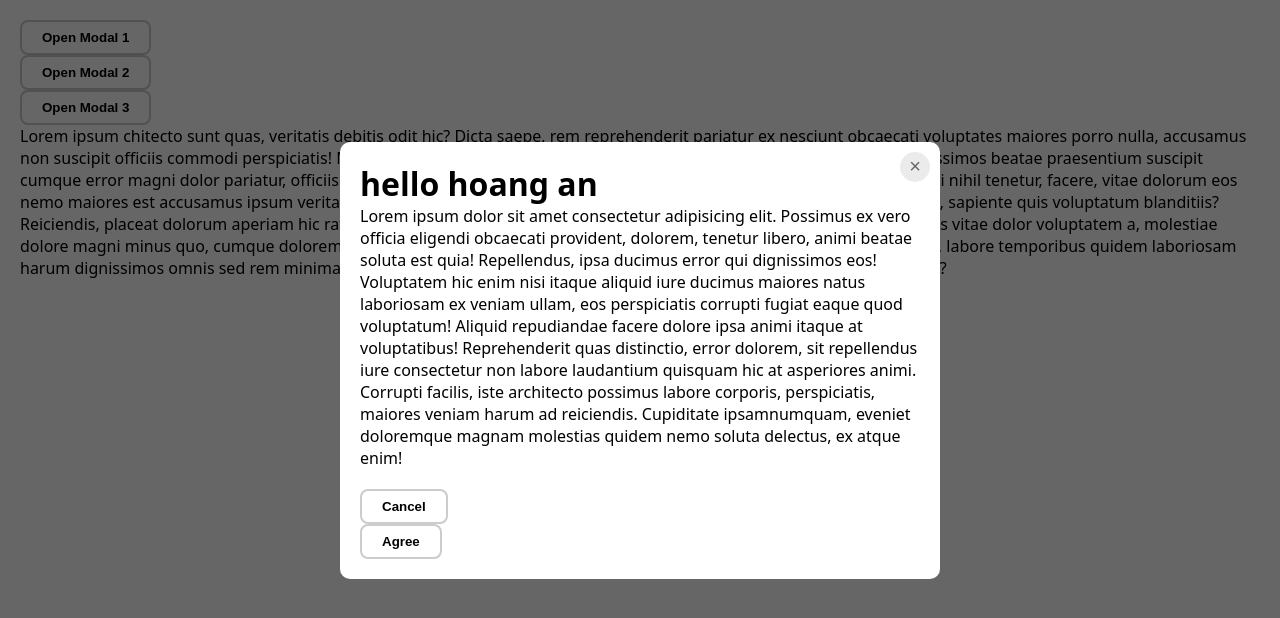
Repository: hoangan3526/Javascript-project
Page: index.html
These files come from the project's save history. The page is drawn as it stood at one moment and after the next save; the edit follows.
The browser window is 1280 px wide. The pictures show the whole page.

Above is the page before, as saved 2026-05-04 13:37:08.

### index.html
<!DOCTYPE html>
<html lang="en">
    <head>
        <meta charset="UTF-8" />
        <meta name="viewport" content="width=device-width, initial-scale=1.0" />
        <title>Modal</title>
        <link rel="stylesheet" href="style.css" />
    </head>
    <body>
        <main>
            <button id="open-modal-1" class="btn">Open Modal 1</button>
            <button id ="open-modal-2" class="btn">Open Modal 2</button>

            <button id="open-modal-3" class="btn">Open Modal 3</button>

            <p>Lorem ipsum chitecto sunt quas, veritatis debitis odit hic? Dicta saepe, rem reprehenderit pariatur ex nesciunt obcaecati voluptates maiores porro nulla, accusamus non suscipit officiis commodi perspiciatis!
            Minima velit voluptatibus perferendis tempora dolorem. Odio dolore enim dignissimos beatae praesentium suscipit cumque error magni dolor pariatur, officiis eius. Distinctio veritatis asperiores laudantium ut possimus, odit magni at a.
            Nisi nihil tenetur, facere, vitae dolorum eos nemo maiores est accusamus ipsum veritatis, ut veniam beatae. Veniam ab id suscipit ipsam? Qui impedit in nulla dolorem, sapiente quis voluptatum blanditiis?
            Reiciendis, placeat dolorum aperiam hic ratione vero tenetur quasi vitae fugit a quae aut blanditiis ex totam? Voluptate alias vitae dolor voluptatem a, molestiae dolore magni minus quo, cumque dolorem.
            Id unde minus sit laboriosam dolore beatae dolorum. Quo quibusdam adipisci, labore temporibus quidem laboriosam harum dignissimos omnis sed rem minima accusantium, perferendis reiciendis! Officia explicabo amet velit alias quisquam?</p>
        </main>
        <template id ="modal-1">
            <h1>hello hoang an</h1>
            <p>Lorem ipsum dolor sit amet consectetur adipisicing elit. Possimus ex vero officia eligendi obcaecati provident, dolorem, tenetur libero, animi beatae soluta est quia! Repellendus, ipsa ducimus error qui dignissimos eos!
            Voluptatem hic enim nisi itaque aliquid iure ducimus maiores natus laboriosam ex veniam ullam, eos perspiciatis corrupti fugiat eaque quod voluptatum! Aliquid repudiandae facere dolore ipsa animi itaque at voluptatibus!
            Reprehenderit quas distinctio, error dolorem, sit repellendus iure consectetur non labore laudantium quisquam hic at asperiores animi. Corrupti facilis, iste architecto possimus labore corporis, perspiciatis, maiores veniam harum ad reiciendis.
            Cupiditate ipsamnumquam, eveniet doloremque magnam molestias quidem nemo soluta delectus, ex atque enim!</p>
        </template>
        <template id="modal-2">
            <h1>Login</h1>
            <form action="" id="login-form">
                <input
                    type="email"
                    placeholder="Enter your email..."
                    id="email"
                />
                <br />
                <input
                    type="password"
                    placeholder="Enter your password..."
                    id="password"
                />
                <br />
                <button type="submit">Login</button>
            </form>
        </template>
        <template id = "modal-3">
            <h1>hello hoang an</h1>
            <p>Lorem ipsum dolor sit amet consectetur adipisicing elit. Possimus ex vero officia eligendi obcaecati provident, dolorem, tenetur libero, animi beatae soluta est quia! Repellendus, ipsa ducimus error qui dignissimos eos!
            Voluptatem hic enim nisi itaque aliquid iure ducimus maiores natus laboriosam ex veniam ullam, eos perspiciatis corrupti fugiat eaque quod voluptatum! Aliquid repudiandae facere dolore ipsa animi itaque at voluptatibus!
            Reprehenderit quas distinctio, error dolorem, sit repellendus iure consectetur non labore laudantium quisquam hic at asperiores animi. Corrupti facilis, iste architecto possimus labore corporis, perspiciatis, maiores veniam harum ad reiciendis.
            Cupiditate ipsamnumquam, eveniet doloremque magnam molestias quidem nemo soluta delectus, ex atque enim!</p>

        </template>
        <!-- Modal -->

        <script src="main.js"></script>
    </body>
</html>

### style.css
* {
    margin: 0;
    padding: 0;
    box-sizing: border-box;
}

html {
    font-size: 62.5%;
}

body {
    font-size: 1.6rem;
    font-family: system-ui, -apple-system, BlinkMacSystemFont, "Segoe UI",
        Roboto, Oxygen, Ubuntu, Cantarell, "Open Sans", "Helvetica Neue",
        sans-serif;
}
main {
    margin: 20px;
}

.btn {
    border: 2px solid #ccc;
    border-radius: 8px;
    padding: 8px 20px;
    font-weight: 600;
}
button {
    border: none;
    outline: none;
    background: transparent;
    cursor: pointer;
}

.modal-backdrop {
    position: fixed;
    inset: 0;
    display: flex;
    align-items: center;
    justify-content: center;
    background: rgba(0, 0, 0, 0.6);
    opacity: 0;
    visibility: hidden;
    transition: opacity, visibility;
    transition-duration: 0.3s;
}

.modal-backdrop.show {
    opacity: 1;
    visibility: visible;
}

.modal-backdrop.show .modal-container {
    transform: scale(1);
}

.modal-container {
    position: relative;
    width: min(600px, 90%);
    padding: 20px 20px 0;
    border-radius: 10px;
    background: #fff;
    transform: scale(0);
    transition: transform 0.3s;
}

.modal-close {
    position: absolute;
    top: 10px;
    right: 10px;
    width: 30px;
    height: 30px;
    border-radius: 50%;
    color: #666;
    background: #ebebeb;
    font-size: 2rem;
}

.modal-close:hover {
    color: #333;
}

.modal-content {
    max-height: 80vh;
    overflow-y: auto;
}
.modal-footer {

    padding: 20px 0;
}
.no-scroll{
    overflow: hidden;
}
.btn {
    display: flex;
    justify-content: flex-end;
}

### main.js
const $ = document.querySelector.bind(document);
const $$ = document.querySelectorAll.bind(document);

function Modal(options = {}) {
    const { templateId, classCSS= [], destroyOnClose = true, closeMethods =["button" , "overlay", "escape"] , onOpen , onClose  , footer = false} = options;


        const template = $(`#${templateId}`);

        if (!template) {
            console.error(`#${templateId} does not exist!`);
            return;
        }
        this._allowEscapeClose = closeMethods.includes("escape");
        this._allowBackdropClose = closeMethods.includes("overlay");
        this._allowButtonClose = closeMethods.includes("button");

        this._footerbuttons =[];

        this.addfooterButton = (title , cssClasses , callback) =>{
            const button = document.createElement('button');
            button.className = cssClasses ;
            button.innerHTML = title ;
            button.onclick = callback ;

            this._footerbuttons.push(button);


        };
    function getScrollbarWidth() {
        if (getScrollbarWidth.value) return getScrollbarWidth.value;

        const div = document.createElement("div");
        Object.assign(div.style, {
            overflow: "scroll",
            position: "absolute",
            top: "-9999px",
        });

        document.body.appendChild(div);
        const scrollbarWidth = div.offsetWidth - div.clientWidth;
        document.body.removeChild(div);

        getScrollbarWidth.value = scrollbarWidth;

        return scrollbarWidth;
    }
    this.build = () => {
        const content = template.content.cloneNode(true);

        // Create modal elements
        this._backdrop = document.createElement("div");
        this._backdrop.className = "modal-backdrop";

        const container = document.createElement("div");
        container.className = "modal-container";
        classCSS.forEach( classItem => {
            if ( typeof classItem === "string"){
                container.classList.add(classItem);
            }
        });
        if(typeof classCSS === 'string'){

        }
        if (this._allowButtonClose){
            const closeBtn = document.createElement("button");
            closeBtn.className = "modal-close";
            closeBtn.innerHTML = "&times;";
            container.appendChild(closeBtn);
            closeBtn.onclick = () => this.close();
        }

        const modalContent = document.createElement("div");
        modalContent.className = "modal-content";

        // Append content and elements
        modalContent.append(content);
        container.append(modalContent);
        if ( footer){
           this._modalfooter = document.createElement("div");
            this._modalfooter.className = "modal-footer";
            if(this._footerContent){
                this._modalfooter.innerHTML = this._footerContent;
            }

            this._footerbuttons.forEach(button => {
                this._modalfooter.append(button);
            });
            container.append(this._modalfooter);
        }
        this._backdrop.append(container);
        document.body.append(this._backdrop);

    }
    this.open= () => {
       if (!this._backdrop){
        this.build();
       }

        setTimeout(() => {
            this._backdrop.classList.add("show");
        }, 0);

        // Disable scrolling
        document.body.classList.add("no-scroll");
        document.body.style.paddingRight = getScrollbarWidth() + "px";

        // Attach event listeners


        if (this._allowBackdropClose) {
            this._backdrop.onclick = (e) => {
                if (e.target === this._backdrop) {
                    this.close();
                }
            };
        }
        if(this._allowEscapeClose){
            document.addEventListener("keydown", (e) => {
                if (e.key === "Escape") {
                    this.close();
                }
            });
        }

            this._onTransitonEnd(() => {

                if ( typeof onOpen === "function") onOpen();
            })


        return this._backdrop;
    };
    this.setFooterContent = html => {
        this._footerContent = html;
        if(this._modalfooter){
            this._footerContent.innerHTML = html;
        }
    }
    this._onTransitonEnd = (callback) => {
        this._backdrop.ontransitionend = (e) => {
            if( e.propertyName !== "transform" ) return ;
        if ( typeof callback === "function") callback();
    }

    this.close = (destroy= destroyOnClose) => {
        this._backdrop.classList.remove("show");


        this._onTransitonEnd ( () => {
                if (this._backdrop && destroy){
                    this._backdrop.remove();
                    this._backdrop = null;
                    this._modalfooter = null;
                }

                // Enable scrolling
                document.body.classList.remove("no-scroll");
                document.body.style.paddingRight = "";

            if (typeof onClose === "function") onClose();
        });


    };
    this.destroy  = () => {
        this.close(true);
    }
}
}

const modal1 = new Modal(
    {
        templateId: "modal-1",

        destroyOnClose : false,
        onOpen : () => {
            console.log("Open Modal");

        },
        onClose :() => {
            console.log("Close Modal");

        }
    }
);

$("#open-modal-1").onclick = () => {
    const modalElement = modal1.open();
};

const modal2 = new Modal({
    templateId : "modal-2",
    classCSS : ["class1","class2"],
})
$("#open-modal-2").onclick = () => {
    const modalElement = modal2.open();
    const form = modalElement.querySelector("#login-form");
    if (form) {
        form.onsubmit = (e) => {
            e.preventDefault();
            const formData = {
                email: $("#email").value.trim(),
                password: $("#password").value.trim(),
            };

            console.log(formData);
        };
    }
}
const modal3 = new Modal({
    templateId: "modal-3",
    footer: true // Nhớ bật cái này lên
});

// Thêm nút Hủy
modal3.addfooterButton('Cancel', 'btn', (e) => {
    console.log("Bạn vừa bấm nút Hủy bỏ!");
    modal3.close(); // Thường nút Cancel sẽ gọi lệnh đóng Modal
});

// Thêm nút Đồng ý
modal3.addfooterButton('Agree', 'btn primary', (e) => {
    console.log("Bạn vừa bấm Đồng Ý!");
    // Có thể thực hiện gửi API, lưu dữ liệu ở đây
});

// Cuối cùng mới mở Modal
modal3.open();

After the next save:
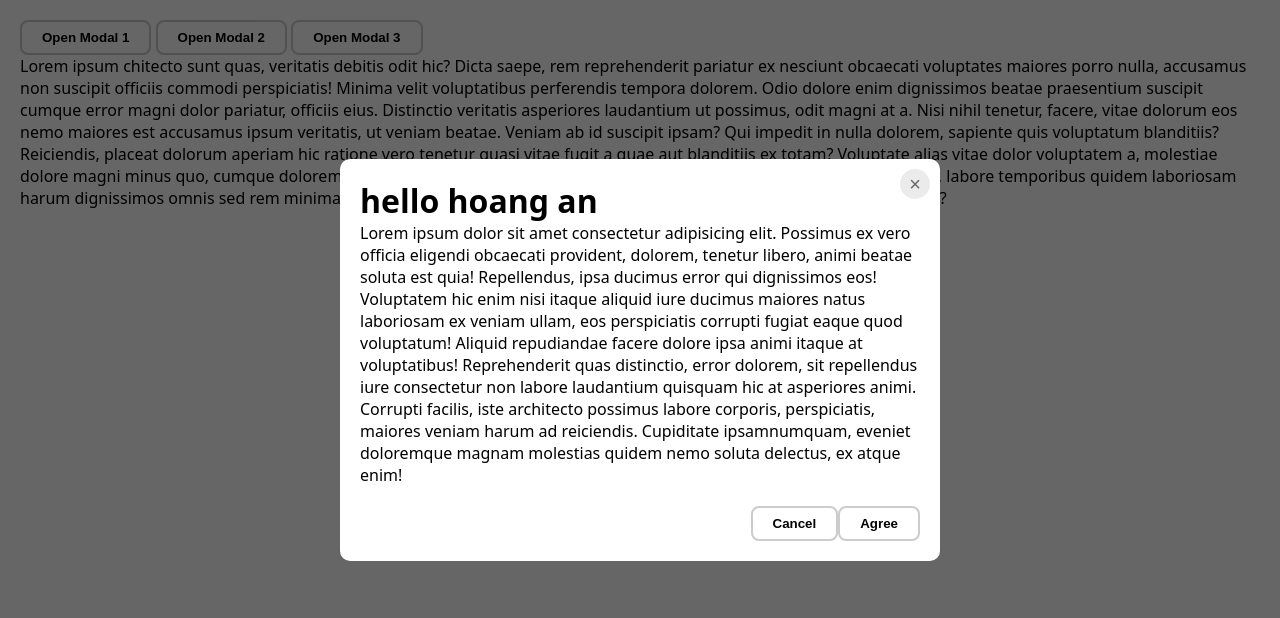
Saved 39 s later.
--- a/style.css
+++ b/style.css
@@ -84,13 +84,10 @@ button {
     overflow-y: auto;
 }
 .modal-footer {
-
+    display: flex;
+    justify-content: flex-end;
     padding: 20px 0;
 }
 .no-scroll{
     overflow: hidden;
 }
-.btn {
-    display: flex;
-    justify-content: flex-end;
-}
